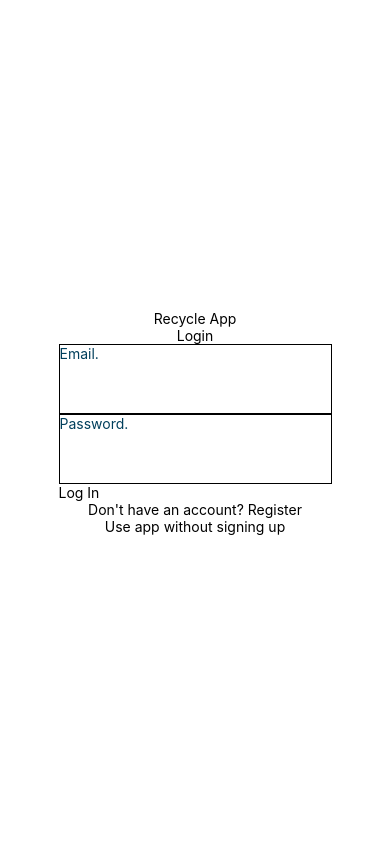
Repository: ct-pham/COMP4511
Screen: / (app in comp4511/)
The author's editor kept a copy of each file at every save. The screen is drawn from the files as they stood at one save, then again after the next save.
The app was drawn by React Native's web renderer in a window 390 px wide. The project was rebuilt for these pictures with package versions that can differ from the ones it lists, and the page was loaded fresh each time.

Above is the screen before, as saved 2022-11-07 15:35:40.

### comp4511/App.js

// import { NavigationContainer } from 'react-navigation/native';
// import { createNativeStackNavigator } from 'react-navigation/native-stack';
import Login from './Components/Login';
//import Register from './Components/Register';

export default function App() {
  return (
    // <NavigationContainer>
    //   <Stack.Navigator initialRouteName="Home">
    //     <Stack.Screen name="Login" component={Login} />
    //     <Stack.Screen name="Register" component={Register} />
    //   </Stack.Navigator>
    // </NavigationContainer>
    <Login />
  );
}

### comp4511/Components/Login.js
import {
    StyleSheet,
    Text,
    View,
    TextInput,
    TouchableOpacity,
} from 'react-native';

import Icon from 'react-native-vector-icons/Ionicons';

export default function Login( {navigation}) {
    return (
        <View style={styles.container}>

            <Text>Recycle App</Text>
            <Text>Login</Text>
            <View style={styles.inputView}>
                <TextInput
                    style={styles.TextInput}
                    placeholder="Email."
                    placeholderTextColor="#003f5c"
                />
            </View>

            <View style={styles.inputView}>
                <TextInput
                    style={styles.TextInput}
                    placeholder="Password."
                    placeholderTextColor="#003f5c"
                    secureTextEntry={true}
                />
            </View>

            <TouchableOpacity style = {styles.button}>
                <Text style={styles.loginBtn}>Log In</Text>
            </TouchableOpacity>

            <TouchableOpacity
                onPress = {console.log('Register')}
            >
                <Text style={styles.loginBtn}>Don't have an account? Register</Text>
            </TouchableOpacity>

            <TouchableOpacity>
                <Text style={styles.loginBtn}>Use app without signing up</Text>
            </TouchableOpacity>

        </View>
    );
}

const styles = StyleSheet.create({
    container: {
        flex: 1,
        backgroundColor: '#ffffff',
        alignItems: 'center',
        justifyContent: 'center',
    },
    inputView: {
        backgroundColor: '#ffffff',
        borderWidth: 1,
        borderColor: '#000000',
        width: '70%',
        height: 70,
    },
    button: {
        width: '70%',
        borderRadius: 25,
    }
});

After the next save:
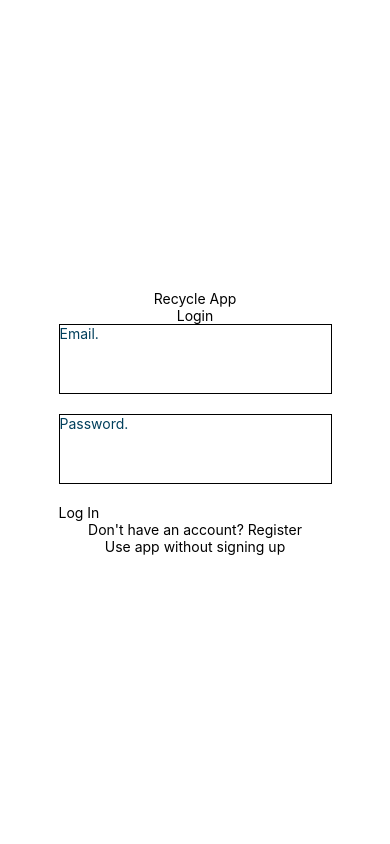
Saved 4 s later.
--- a/comp4511/Components/Login.js
+++ b/comp4511/Components/Login.js
@@ -62,6 +62,7 @@ const styles = StyleSheet.create({
         borderColor: '#000000',
         width: '70%',
         height: 70,
+        marginBottom: 20,
     },
     button: {
         width: '70%',
